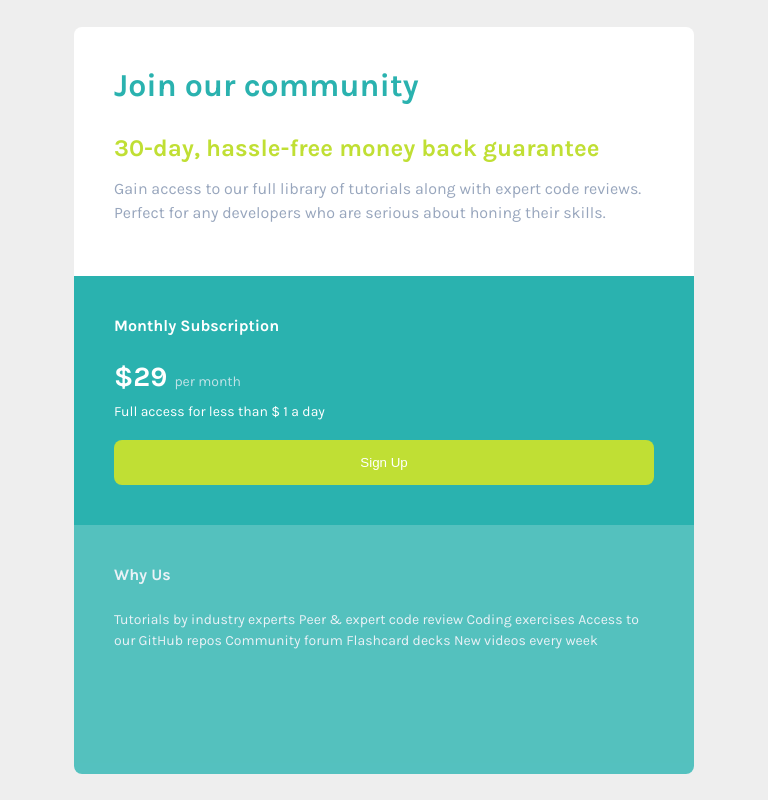
Repository: Akashiii1/WebSingleGrid_Day3
Page: index.html
An editor plug-in stored every save of this project. The page is shown before and after the next save, followed by the edit.
The browser window is 768 px wide. The pictures show the whole page.

Above is the page before, as saved 2021-12-22 02:03:54.

After the next save:
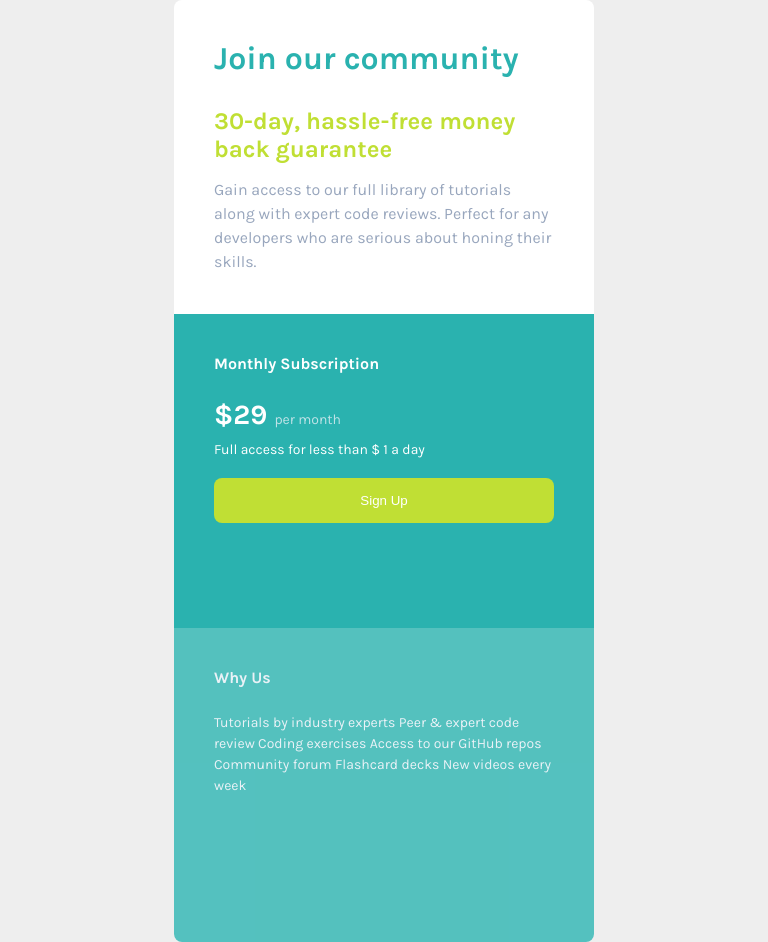
Saved 44 s later.
--- a/style.css
+++ b/style.css
@@ -143,4 +143,7 @@ body{
                         "it2"
                         "it3";
   }
+  .wrapper{
+    max-width: 420px;
+  }
 }
